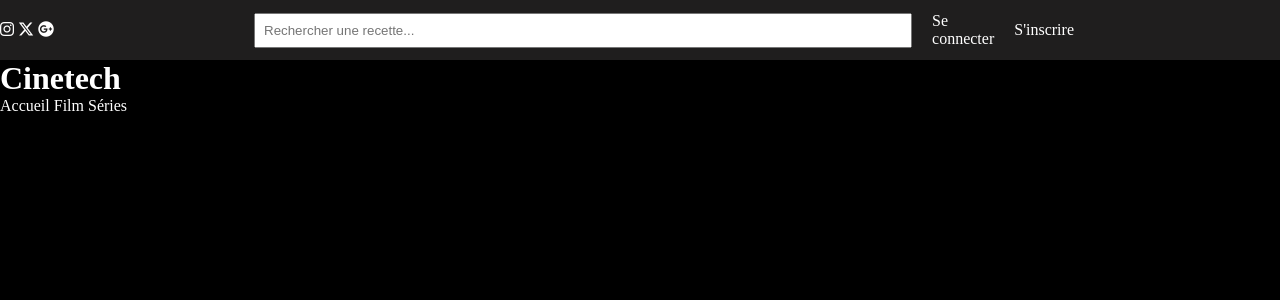
Repository: karim-sebih/cinetech
Page: index.html
These files come from the project's save history. The page is drawn as it stood at one moment and after a run of saves; the edit follows.
The browser window is 1280 px wide. The pictures show the whole page.
Some web libraries are served in a nearby version.

Above is the page before, as saved 2025-04-21 13:27:20.

### index.html
<!DOCTYPE html>
<html lang="fr">
<head>
    <meta charset="UTF-8">
    <meta name="viewport" content="width=device-width, initial-scale=1.0">
    <link rel="stylesheet" href="styles/index.css">
    <script src="https://kit.fontawesome.com/ca3234fc7d.js" crossorigin="anonymous"></script>
</script>
    <title>Cinetech</title>
</head>
<body>
    <header>
        <nav class="navbar">
            <div class="buttons">
                <a href="#"><i class="fa-brands fa-instagram"></i></a>

                <a href="#"><i class="fa-brands fa-x-twitter"></i></a>

                <a href="#"><i class="fa-brands fa-google-plus"></i></a>
            </div>
            <div class="search-container">
                <input type="text" id="search-bar" placeholder="Rechercher une recette..." autocomplete="off">
                <button id="clear-search">x</button>
                <div id="suggestions" class="suggestion-box"></div>

                <div class="sign">
                    <a href="#">Se connecter</a>
                    <a href="#">S'inscrire</a>
                </div>
        </nav>
    </header>
    <div class="secondnav">
        <div class="logo">
            <H1>Cinetech</H1>
        </div>
        <div class="nav">
            <a href="/index.html">Accueil</a>

            <a href="./pages/film.html">Film</a>

            <a href="./pages/séries.html">Séries</a>
        </div>
    </div>

</body>

<script src="./js/index.js"></script>


</html>

### styles/index.css
* {
    margin: 0;
    padding: 0;
    box-sizing: border-box;
  }


  a {
    text-decoration: none;
    color: white;
    font-family: "kodchasan";
  }

  body {
    margin: 0;
    width: 100%;
    min-height: 100vh;
    overflow-x: auto;
    background-color: black;
    color: white;
  }

  /* Nav bar */

  a{
    text-decoration: none;
    color: white;
  }

  a:hover{
  color: red;
  }

  header{
  position: relative;

  background-color: rgb(31, 30, 30);
  }

  .navbar {
  width: 100%;
  max-width: 1200px;
  height: 60px;
  margin: 0;
  display: flex;
  align-items: center;
  gap: 200px;

  }



.search-container {
  position: relative;
  width: 70%;
  display: flex;

  align-items: center;
}

#search-bar {
  width: 100%;
  height: 100%;
  padding: 8px;


  padding-right: 30px;
}

#clear-search {
  position: absolute;
  right: 8px;
  background: transparent;
  border: none;
  font-size: 16px;
  cursor: pointer;
  display: none; /* Caché par défaut */
}

.suggestion-box {
  position: absolute;
  width: 100%;
  background: white;

  max-height: 150px;
  overflow-y: auto;
  z-index: 1000;
  top: 35px;
}

.suggestion-item {
  padding: 8px;
  cursor: pointer;
}

.suggestion-item:hover {
  background: #f0f0f0;
}

#clear-search {
  background: none;
  border: none;
  font-size: 20px;
  color: black; /* X en noir */
  cursor: pointer;
  margin-bottom: 12px;
}


.sign{
  display: flex;
  align-items: center;

  padding: 20px;
  gap: 20Px;
}

Loaded but not shown: js/index.js (no copy from this time; the picture is the same without it)

After the next 3 saves:
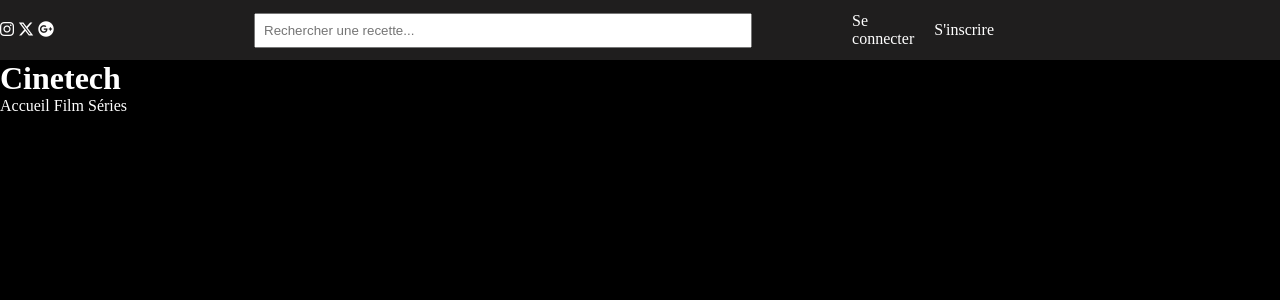
The 3 saves are shown as one change because they came seconds apart.
The last was saved 15 s later.
--- a/styles/index.css
+++ b/styles/index.css
@@ -111,6 +111,6 @@
   display: flex;
   align-items: center;
 
-  padding: 20px;
+  padding: 100px;
   gap: 20Px;
 }

After the 2 saves that followed:
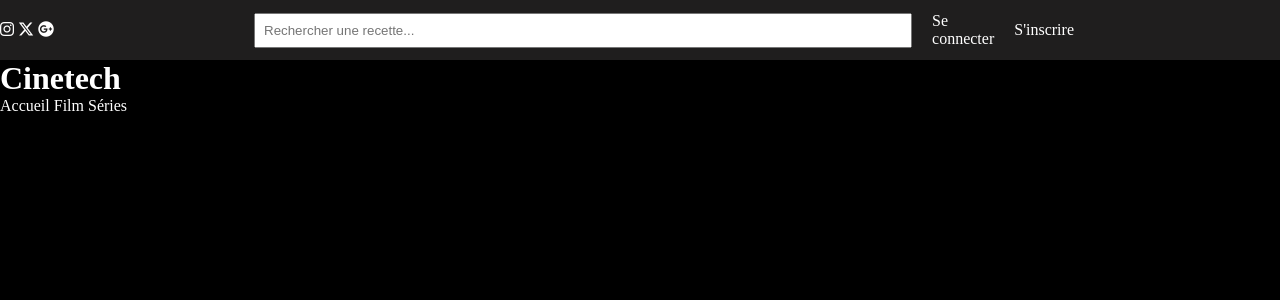
The 2 saves are shown as one change because they came seconds apart.
The last was saved 8 s later.
--- a/styles/index.css
+++ b/styles/index.css
@@ -111,6 +111,6 @@
   display: flex;
   align-items: center;
 
-  padding: 100px;
+  padding: 20px;
   gap: 20Px;
 }
